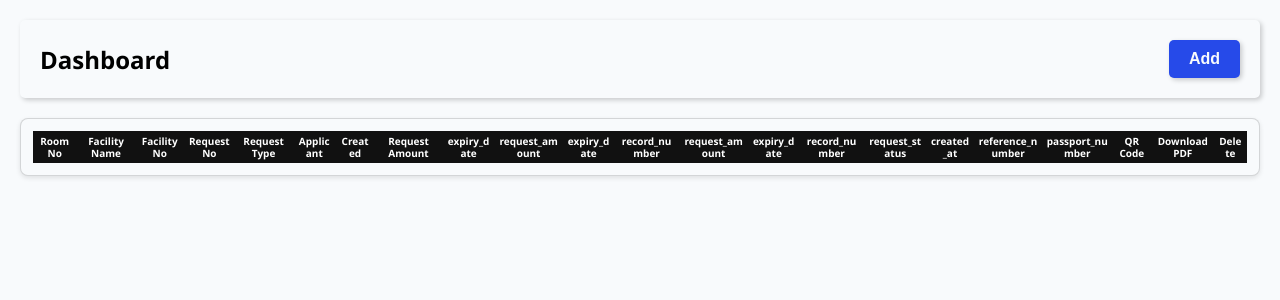
Repository: irfan-shah-sherani/Travel-Tour
Page: public/index.html
An editor plug-in stored every save of this project. The page is shown before and after a run of saves, followed by the edit.
The browser window is 1280 px wide. The pictures show the whole page.
The page's requests for data from a server got no answer.

Above is the page before, as saved 2025-07-11 04:59:05.

### public/index.html
<!DOCTYPE html>
<html lang="en">

<head>
  <meta charset="UTF-8" />
  <meta name="viewport" content="width=device-width, initial-scale=1.0" />
  <title>Dashboard</title>
  <link rel="stylesheet" href="index.css" />
  <!-- <link
      rel="stylesheet"
      href="/public/Dashboard.css"
      integrity="sha512-..."
      crossorigin="anonymous"
      referrerpolicy="no-referrer"
    /> -->
</head>

<body>
  <main>
    <!-- main content -->
    <div class="main-content">
      <!-- TOP-nav -->
      <nav class="main-nav">
        <div class="page-name">
          <i class="fas fa-bars"></i>
          <p>Dashboard</p>
        </div>
        <div class="button">
          <button id="addPersonBtn">Add</button>
        </div>
      </nav>

      <!-- main content  end -->
      <div class="table-container">
        <table>
          <tr>
            <th>Room No</th>
          <th>Facility Name</th>
          <th>Facility No</th>
          <th>Request No</th>
          <th>Request Type</th>
          <th>Applicant</th>
          <th>Created</th>
          <th>Request Amount</th>
          <th>expiry_date</th>
          <th>request_amount </th>
          <th>expiry_date</th>
          <th>record_number</th>
          <th>request_amount</th>
          <th>expiry_date</th>
          <th>record_number</th>
          <th>request_status</th>
          <th>created_at</th>
          <th>reference_number</th>
          <th>passport_number</th>
          <th>QR Code</th>
          <th>Download PDF</th>
          <th>Delete</th>
          </tr>
          <tbody id="person-table-body">
            <!-- JS will populate this -->
          </tbody>
        </table>

        <!-- ✅ Place script here -->
        <script>
  fetch("/api/")
    .then((res) => res.json())
    .then((data) => {
      const tbody = document.getElementById("person-table-body");
      tbody.innerHTML = "";
      data.forEach((record) => {
        const tr = document.createElement("tr");
        tr.innerHTML = `
          <td>${record.record_id}</td>
          <td>${record.room_name}</td>
          <td>${record.facility_name}</td>
          <td>${record.facility_number}</td>
          <td>${record.request_number}</td>
          <td>${record.request_type}</td>
          <td>${record.applicant_name}</td>
          <td>${record.creation_date}</td>
          <td>${record.request_amount}</td>
          <td>${record.expiry_date}</td>
          <td>${record.record_number}</td>
          <td>${record.request_status}</td>
          <td>${record.reference_number}</td>
          <td>${record.passport_number}</td>
          <td>${record.qrcode_url ? `<img src="${record.qrcode_url}" class="qr-img" alt="QR Code">` : "No QR"}</td>
          <td>
            <a href="/api/download-pdf?token=${record.qr_token}">
              <button type="button">Download PDF</button>
            </a>
          </td>
          <td>
            <form action="/delete/${record.qr_token}" method="POST" onsubmit="return confirm('Are you sure you want to delete this record?');">
              <button type="submit">Delete</button>
            </form>
          </td>
        `;

                tbody.appendChild(tr);
              });
            });
        </script>
        </table>
      </div>

      <!-- Trigger Button OUTSIDE -->
      <!-- Add Room Form (initially hidden in CSS or JS) -->
      <div class="add-new add-new-person">
        <h2 class="form-title">Add New Person</h2>
        <form class="person-form" action="/" method="POST">
          <div class="inputForm">
            <!-- Left Side -->
            <div class="left-side">
              <div class="form-group">
                <label for="room_number">Room No </label>
                <input type="text" id="room_number" name="room_number" required />
              </div>

              <div class="form-group">
                <label for="facility_name">Facility Name </label>
                <input type="text" id="facility_name" name="facility_name" required />
              </div>

              <div class="form-group">
                <label for="facility_number">Facility number </label>
                <input type="text" id="facility_number" name="facility_number" required />
              </div>

              <div class="form-group">
                <label for="request_number">Request number </label>
                <input type="number" id="request_number" name="request_number" step="0.01" required />
              </div>

              <div class="form-group">
                <label for="request_type">Request Type</label>
                <input type="text" id="request_type" name="request_type" required />
              </div>
            </div>

            <!-- Center Side -->
            <div class="center-side">
              <div class="form-group">
                <label for="applicant">Applicant</label>
                <input type="text" id="applicant" name="applicant" />
              </div>

              <div class="form-group">
                <label for="created">Created</label>
                <input type="text" id="created" name="created" />
              </div>

              <div class="form-group">
                <label for="amount">Amount</label>
                <input type="text" id="amount" name="amount" />
              </div>

              <div class="form-group">
                <label for="expiry">Expiry</label>
                <input type="text" id="expiry" name="expiry" />
              </div>

              <div class="form-group">
                <label for="record_number">Record number</label>
                <input type="text" id="record_number" name="record_number" />
              </div>
            </div>

            <!-- Right Side -->
            <div class="right-side">
              <div class="form-group">
                <label for="status">Status</label>
                <input type="text" id="status" name="status" />
              </div>

              <div class="form-group">
                <label for="reference_number">Reference number</label>
                <input type="text" id="reference_number" name="reference_number" />
              </div>

              <div class="form-group">
                <label for="passport_number">Passport number</label>
                <input type="text" id="passport_number" name="passport_number" />
              </div>

            </div>
          </div>

          <div class="button-group">
            <button type="button" class="cancelbtn">Cancel</button>
            <button type="submit" class="submit-person-btn">Add Person</button>
          </div>
        </form>
      </div>

    </div>
  </main>
  <script src="index.js"></script>
</body>

</html>

### public/index.css
* {
  margin: 0;
  padding: 0;
  box-sizing: border-box;
}
:root {
  --primary-gradient: linear-gradient(135deg, #667eea 0%, #764ba2 100%);
  --card-shadow: 0 4px 6px rgba(0, 0, 0, 0.1);
  --card-hover-shadow: 0 8px 15px rgba(0, 0, 0, 0.2);
}
body {
  font-family: "Segoe UI", Tahoma, Geneva, Verdana, sans-serif;
  background-color: #f8fafc;
}
main {
  display: flex;
  /* display: flex; */
}
/* .sidebar {
  position: fixed;
  display: flex;
  align-items: center;
  flex-direction: column;
  width: 250px;
  height: 100vh;
  padding: 20px;
  background: var(--primary-gradient);
  border-radius: 10px 0px 0px 10px;
  color: #f8fafc;
}
.cross-icon {
  display: none;
  justify-content: right;
  color: #f8fafc;
  font-size: 2rem;
  cursor: pointer;
}
.logo {
  display: flex;
  align-items: center;
  gap: 10px;
  margin-bottom: 10px;
  border-bottom: 1px solid rgba(255, 255, 255, 1);
  padding-bottom: 20px;
}
.logo p {
  font-size: 24px;
  font-weight: 600;
}
.sidebar img {
  display: block;
  width: 50px;
  height: 50px;
  object-fit: cover;
  object-position: center;
  border-radius: 5px;
}
.logo hr {
  width: 100px;
  height: 2px;
  color: rgba(255, 255, 255, 0.1);
}
.links ul li {
  list-style: none;
  margin: 5px;
}
.links ul li a {
  display: flex;
  padding-left: 20px;
  align-items: center;
  width: 200px;
  height: 50px;
  text-decoration: none;
  gap: 10px;
  border-radius: 10px;
  transition: all 0.3s ease;
  color: rgba(255, 255, 255, 0.85);
}
.links ul li a:hover {
  background-color: rgba(255, 255, 255, 0.1);
  transform: translateX(5px);
}
.links ul li a.active {
  background-color: rgba(255, 255, 255, 0.1);
  transform: translateX(5px);
} */
/* main content */
.main-content {
  display: flex;
  /* margin-left: 250px; */
  flex-direction: column;
  background-color: #f8fafc;
  width: 100%;
  padding: 20px;
  gap: 20px;
}
.main-content nav {
  display: flex;
  justify-content: space-between;
  align-items: center;
  border-radius: 5px;
  width: 100%;
  background-color: #f8fafc;
  padding: 20px;
  box-shadow: 2px 2px 5px rgba(0, 0, 0, 0.2);
}
.page-name {
  display: flex;
  align-items: center;
  gap: 10px;
}
.page-name p {
  font-size: 24px;
  font-weight: 600;
}
.page-name i {
  display: none;
  cursor: pointer;
  font-size: 24px;
  font-weight: 600;
}
.button {
  display: flex;
  align-items: center;
  gap: 10px;
}
.button button {
  padding: 10px 20px;
  border-radius: 5px;
  border: none;
  background-color: #264ae9;
  color: #f8fafc;
  font-size: 16px;
  font-weight: 600;
  box-shadow: 2px 2px 5px rgba(0, 0, 0, 0.2);
  cursor: pointer;
  transition: all 0.05s ease-in-out;
}
.button button:hover {
  transform: translateY(2px);
}

/* table */
/* General Table Styling */
.table-container {
  width: 100%;
  overflow-x: auto;
  background-color: #f8fafc;
  border-radius: 8px;
  border: 1px solid rgba(0, 0, 0, 0.15);
  box-shadow: 0 2px 5px rgba(0, 0, 0, 0.1);
  padding: 12px;
  box-sizing: border-box;
}

/* Table Reset */
table {
  width: 100%;
  border-collapse: collapse;
  font-size: 10px;
  table-layout: auto;
}

/* Table Header */
.table-container table th {
  background-color: #111;
  color: #fff;
  font-weight: 600;
  font-size: 10px;
  padding: 4px;
  text-align: center;
  vertical-align: middle;
  white-space: normal;
  line-height: 1.2;
  word-break: break-word;
}

/* Force words like "Request Number" to wrap into 2 lines */
.table-container table th {
  max-width: 90px;
}

/* Table Body */
.table-container table td {
  white-space: nowrap;
  text-align: center;
  vertical-align: middle;
  padding: 8px 6px;
}

/* Row Hover Effect */
.table-container table tr:hover {
  background-color: #e2e8f0;
  transition: background-color 0.2s;
}

/* Button Styling */
.btn {
  padding: 4px 8px;
  font-size: 10px;
  border-radius: 4px;
  border: none;
  cursor: pointer;
  transition: 0.2s;
}

/* Delete Button */
.delete-form {
  border: 1px solid #ef4444;
  color: #ef4444;
  background: transparent;
}
.delete-form:hover {
  background-color: #fee2e2;
}

/* Download Button (optional styling) */
.download-btn {
  background-color: #2563eb;
  color: white;
  border: none;
}
.download-btn:hover {
  background-color: #1d4ed8;
}

.add-new {
  display: none;
  width: 80%;
  max-height: 90vh; /* limit height */
  overflow-y: auto;  /* enable scroll if content too tall */
  position: absolute;
  top: 50%;
  left: 50%;
  transform: translate(-50%, -50%);
  background-color: white;
  padding: 20px;
  border-radius: 8px;
  box-shadow: 0 0 10px rgba(0, 0, 0, 0.5);
  font-family: Arial, sans-serif;
  z-index: 10;
}

.form-title {
  font-size: 24px;
  font-weight: 600;
  margin-bottom: 10px;
}

/* Reduce spacing */
.person-form {
  display: flex;
  flex-direction: column;
  gap: 10px;
}

.inputForm {
  display: flex;
  justify-content: space-between;
  gap: 20px;
}

/* Equal columns */
.left-side,
.center-side,
.right-side {
  flex: 1;
}
label {
  font-size: 14px;
  font-weight: 500;
  margin-bottom: 5px;
}
/* Compact input spacing */
.form-group {
  display: flex;
  flex-direction: column;
  margin-bottom: 10px;
}

input,
textarea,
select {
  padding: 5px;
  font-size: 16px;
}

/* Buttons */
.button-group {
  display: flex;
  justify-content: flex-end;
  gap: 10px;
  margin-top: 0px;
}

button {
  padding: 8px;
  font-size: 13px;
  border: none;
  border-radius: 5px;
  cursor: pointer;
}

.cancel-person-btn {
  background-color: #6c757d;
  color: white;
}

.submit-person-btn {
  background-color: #007bff;
  color: white;
}

/* Responsive */
@media (max-width: 768px) {
  .inputForm {
    flex-direction: column;
  }

  .left-side,
  .center-side,
  .right-side {
    width: 100%;
  }
}
.qr-img {
  width: 30px;
  height: 30px;
  object-fit: contain;
  display: block;
}

### public/index.js
const addPersonBtn = document.getElementById("addPersonBtn");
const addNewPerson = document.querySelector(".add-new");
const cancelPersonBtn = document.querySelector(".cancelbtn");
const submitPersonBtn = document.querySelector(".submit-person-btn");

addPersonBtn?.addEventListener("click", () => {
  addNewPerson.style.display = "block";
});

cancelPersonBtn?.addEventListener("click", () => {
  addNewPerson.style.display = "none";
});

submitPersonBtn?.addEventListener("click", () => {
  addNewPerson.style.display = "none";
});

After the next 4 saves:
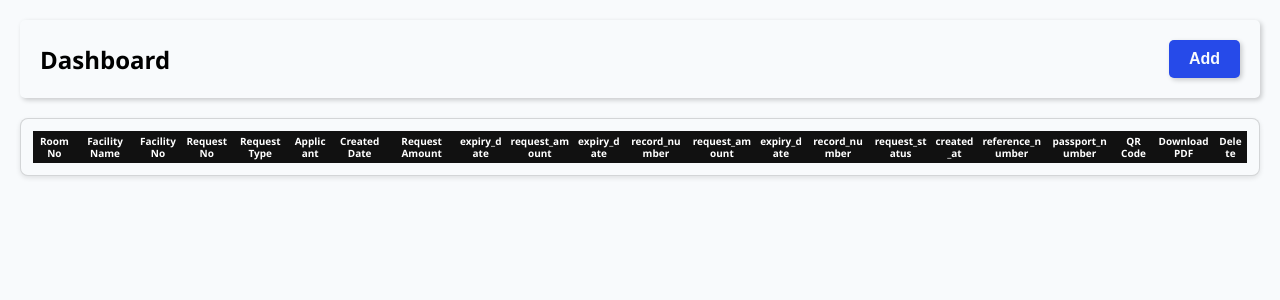
The 4 saves are shown as one change because they came seconds apart.
The last was saved 40 s later.
--- a/public/index.html
+++ b/public/index.html
@@ -40,7 +40,7 @@
           <th>Request No</th>
           <th>Request Type</th>
           <th>Applicant</th>
-          <th>Created</th>
+          <th>Created Date</th>
           <th>Request Amount</th>
           <th>expiry_date</th>
           <th>request_amount </th>
